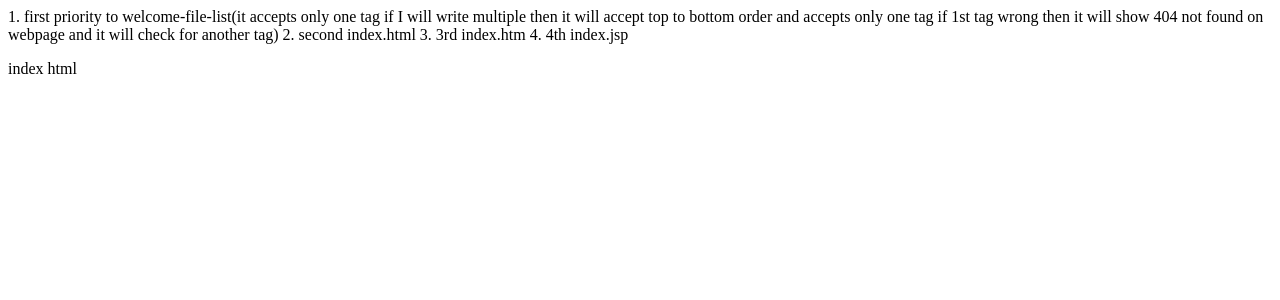
Repository: ghanshyam-jaiswal/Java-Notes
Page: JEE/Servlet_AdvanceJava/second-servlet/src/main/webapp/index.htm
An editor plug-in stored every save of this project. The page is shown before and after the next save, followed by the edit.
The browser window is 1280 px wide. The pictures show the whole page.

Above is the page before, as saved 2024-02-22 04:49:24.

After the next save:
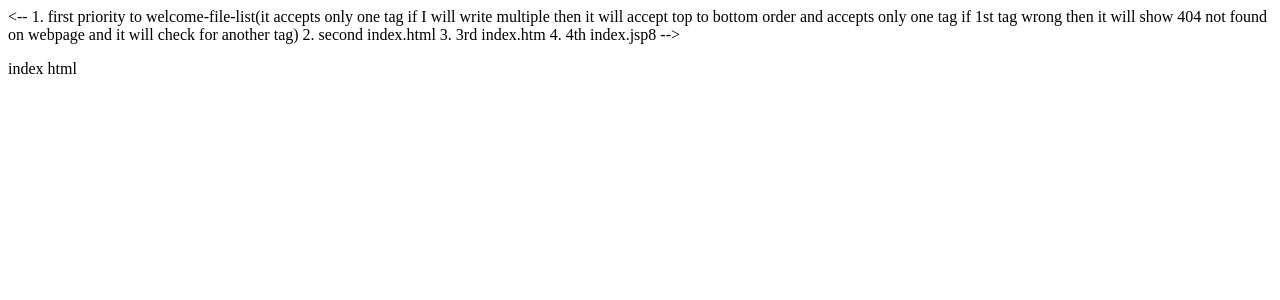
Saved 67 s later.
--- a/JEE/Servlet_AdvanceJava/second-servlet/src/main/webapp/index.htm
+++ b/JEE/Servlet_AdvanceJava/second-servlet/src/main/webapp/index.htm
@@ -6,13 +6,13 @@
 </head>
 <body>
 
-	1. first priority to welcome-file-list(it accepts only one tag if I will write multiple then
+	<-- 1. first priority to welcome-file-list(it accepts only one tag if I will write multiple then
 		it will accept top to bottom order and accepts only one tag if 1st tag wrong then it will
 		show 404 not found on webpage and it will check for another tag)
 
 	2. second index.html
 	3. 3rd index.htm
-	4. 4th index.jsp
+	4. 4th index.jsp8 -->
 
 	<p>index html</p>
 
